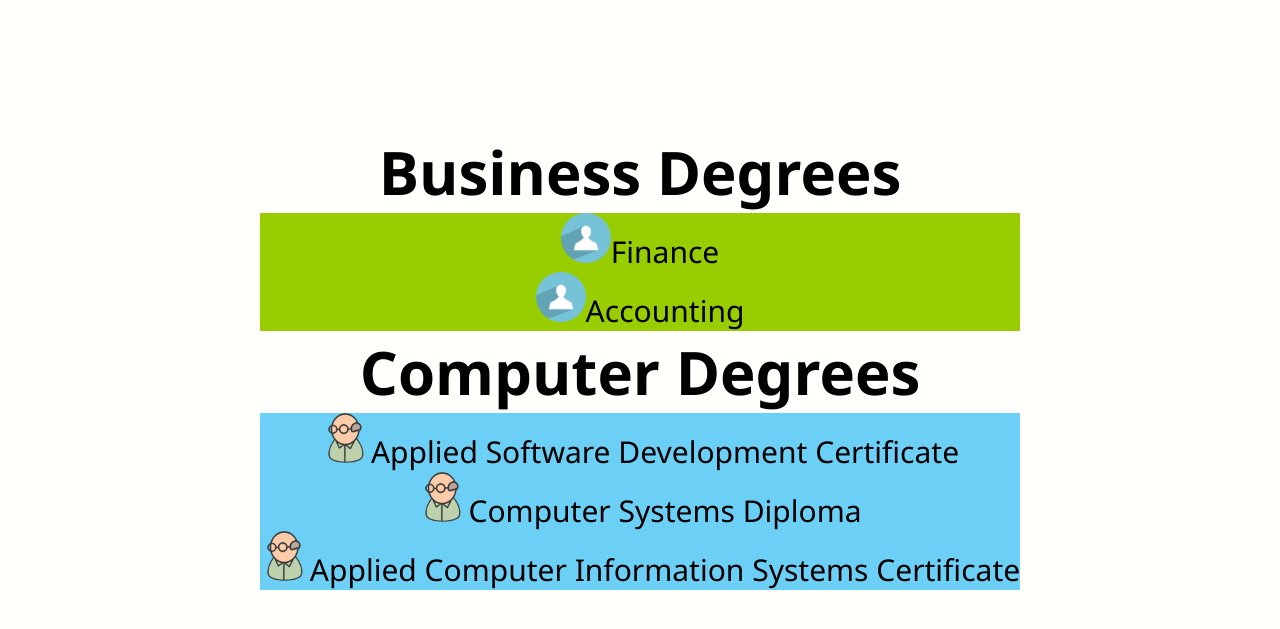
Repository: NeemaToto/mdia2109week3
Page: /
These files come from the project's save history. The page is drawn as it stood at one moment and after the next save; the edit follows.
The browser window is 1280 px wide. The pictures show the whole page.
The project was rebuilt for these pictures with package versions that can differ from the ones it lists, and the page was loaded fresh each time. The framework's server and built-in components were replaced by stand-ins that run in the browser. Also part of the build but not shown: next.config.js.

Above is the page before, as saved 2023-01-19 12:54:39.

### pages/index.js
import Head from 'next/head'
import Image from 'next/image'
import { Inter } from '@next/font/google'
import styles from '@/styles/Home.module.css'
import data from '../data/education.json'
import { useState } from 'react'
import Card from '../components/card'
import Link from 'next/link'

const inter = Inter({ subsets: ['latin'] })

export default function Home() {
  console.log(data);
  const [information, setInformation] = useState([...data]);

  return (
    <>
      <Head>
        <title>Departments of School</title>
        <meta name="description" content="Generated by create next app" />
        <meta name="viewport" content="width=device-width, initial-scale=1" />
        <link rel="icon" href="/degree-icon.png"/>
      </Head>
      <main className={styles.main}>
        <div className={styles.degrees}>
          <h1 className={styles.h1business}>Business Degrees</h1>
          {
            information && information.map((info, index) => {
              if (info.department === "Business") {
                return (
                  <Card key={index} degree={info.degree} colour="#98CE00" font="30px" />
                )
              }
            })
          }
          <h1>Computer Degrees</h1>
          {
            information && information.map((info, index) => {
              if (info.department === "Computing") {
                return (
                  <Card key={index} degree={info.degree} colour="#6CCFF6" font="30px" />
                )
              }
            })
          }
        </div>
      </main>
    </>
  )
}

### styles/globals.css
:root {
  --max-width: 1100px;
  --border-radius: 12px;
  --font-mono: ui-monospace, Menlo, Monaco, 'Cascadia Mono', 'Segoe UI Mono',
    'Roboto Mono', 'Oxygen Mono', 'Ubuntu Monospace', 'Source Code Pro',
    'Fira Mono', 'Droid Sans Mono', 'Courier New', monospace;

  --foreground-rgb: 0, 0, 0;
  --background-start-rgb: 214, 219, 220;
  --background-end-rgb: 255, 255, 255;

  --primary-glow: conic-gradient(
    from 180deg at 50% 50%,
    #16abff33 0deg,
    #0885ff33 55deg,
    #54d6ff33 120deg,
    #0071ff33 160deg,
    transparent 360deg
  );
  --secondary-glow: radial-gradient(
    rgba(255, 255, 255, 1),
    rgba(255, 255, 255, 0)
  );

  --tile-start-rgb: 239, 245, 249;
  --tile-end-rgb: 228, 232, 233;
  --tile-border: conic-gradient(
    #00000080,
    #00000040,
    #00000030,
    #00000020,
    #00000010,
    #00000010,
    #00000080
  );

  --callout-rgb: 238, 240, 241;
  --callout-border-rgb: 172, 175, 176;
  --card-rgb: 180, 185, 188;
  --card-border-rgb: 131, 134, 135;
}

@media (prefers-color-scheme: dark) {
  :root {
    --foreground-rgb: 255, 255, 255;
    --background-start-rgb: 0, 0, 0;
    --background-end-rgb: 0, 0, 0;

    --primary-glow: radial-gradient(rgba(1, 65, 255, 0.4), rgba(1, 65, 255, 0));
    --secondary-glow: linear-gradient(
      to bottom right,
      rgba(1, 65, 255, 0),
      rgba(1, 65, 255, 0),
      rgba(1, 65, 255, 0.3)
    );

    --tile-start-rgb: 2, 13, 46;
    --tile-end-rgb: 2, 5, 19;
    --tile-border: conic-gradient(
      #ffffff80,
      #ffffff40,
      #ffffff30,
      #ffffff20,
      #ffffff10,
      #ffffff10,
      #ffffff80
    );

    --callout-rgb: 20, 20, 20;
    --callout-border-rgb: 108, 108, 108;
    --card-rgb: 100, 100, 100;
    --card-border-rgb: 200, 200, 200;
  }
}

* {
  box-sizing: border-box;
  padding: 0;
  margin: 0;
}

html,
body {
  max-width: 100vw;
  overflow-x: hidden;
}

body {
  color: rgb(var(--foreground-rgb));
  background: linear-gradient(
      to bottom,
      transparent,
      rgb(var(--background-end-rgb))
    )
    rgb(var(--background-start-rgb));
}

a {
  color: inherit;
  text-decoration: none;
}

@media (prefers-color-scheme: dark) {
  html {
    color-scheme: dark;
  }
}

### styles/Home.module.css
.main {
  display: flex;
  flex-direction: row;
  justify-content: center;
  align-items: center;
  padding: 6rem;
  min-height: 100vh;
  background-color: #FFFFFC;
}

.description {
  display: inherit;
  justify-content: inherit;
  align-items: inherit;
  font-size: 0.85rem;
  max-width: var(--max-width);
  width: 100%;
  z-index: 2;
  font-family: var(--font-mono);
}

.description a {
  display: flex;
  justify-content: center;
  align-items: center;
  gap: 0.5rem;
}

.description p {
  position: relative;
  margin: 0;
  padding: 1rem;
  background-color: rgba(var(--callout-rgb), 0.5);
  border: 1px solid rgba(var(--callout-border-rgb), 0.3);
  border-radius: var(--border-radius);
}

.code {
  font-weight: 700;
  font-family: var(--font-mono);
}

.grid {
  display: grid;
  grid-template-columns: repeat(4, minmax(25%, auto));
  width: var(--max-width);
  max-width: 100%;
}

.card {
  padding: 1rem 1.2rem;
  border-radius: var(--border-radius);
  background: rgba(var(--card-rgb), 0);
  border: 1px solid rgba(var(--card-border-rgb), 0);
  transition: background 200ms, border 200ms;
}

.card span {
  display: inline-block;
  transition: transform 200ms;
}

.card h2 {
  font-weight: 600;
  margin-bottom: 0.7rem;
}

.card p {
  margin: 0;
  opacity: 0.6;
  font-size: 0.9rem;
  line-height: 1.5;
  max-width: 30ch;
}

.center {
  display: flex;
  justify-content: center;
  align-items: center;
  position: relative;
  padding: 4rem 0;
}

.center::before {
  background: var(--secondary-glow);
  border-radius: 50%;
  width: 480px;
  height: 360px;
  margin-left: -400px;
}

.center::after {
  background: var(--primary-glow);
  width: 240px;
  height: 180px;
  z-index: -1;
}

.center::before,
.center::after {
  content: '';
  left: 50%;
  position: absolute;
  filter: blur(45px);
  transform: translateZ(0);
}

.logo,
.thirteen {
  position: relative;
}

.thirteen {
  display: flex;
  justify-content: center;
  align-items: center;
  width: 75px;
  height: 75px;
  padding: 25px 10px;
  margin-left: 16px;
  transform: translateZ(0);
  border-radius: var(--border-radius);
  overflow: hidden;
  box-shadow: 0px 2px 8px -1px #0000001a;
}

.thirteen::before,
.thirteen::after {
  content: '';
  position: absolute;
  z-index: -1;
}

/* Conic Gradient Animation */
.thirteen::before {
  animation: 6s rotate linear infinite;
  width: 200%;
  height: 200%;
  background: var(--tile-border);
}

/* Inner Square */
.thirteen::after {
  inset: 0;
  padding: 1px;
  border-radius: var(--border-radius);
  background: linear-gradient(
    to bottom right,
    rgba(var(--tile-start-rgb), 1),
    rgba(var(--tile-end-rgb), 1)
  );
  background-clip: content-box;
}

/* Enable hover only on non-touch devices */
@media (hover: hover) and (pointer: fine) {
  .card:hover {
    background: rgba(var(--card-rgb), 0.1);
    border: 1px solid rgba(var(--card-border-rgb), 0.15);
  }

  .card:hover span {
    transform: translateX(4px);
  }
}

@media (prefers-reduced-motion) {
  .thirteen::before {
    animation: none;
  }

  .card:hover span {
    transform: none;
  }
}

/* Mobile */
@media (max-width: 700px) {
  .content {
    padding: 4rem;
  }

  .grid {
    grid-template-columns: 1fr;
    margin-bottom: 120px;
    max-width: 320px;
    text-align: center;
  }

  .card {
    padding: 1rem 2.5rem;
  }

  .card h2 {
    margin-bottom: 0.5rem;
  }

  .center {
    padding: 8rem 0 6rem;
  }

  .center::before {
    transform: none;
    height: 300px;
  }

  .description {
    font-size: 0.8rem;
  }

  .description a {
    padding: 1rem;
  }

  .description p,
  .description div {
    display: flex;
    justify-content: center;
    position: fixed;
    width: 100%;
  }

  .description p {
    align-items: center;
    inset: 0 0 auto;
    padding: 2rem 1rem 1.4rem;
    border-radius: 0;
    border: none;
    border-bottom: 1px solid rgba(var(--callout-border-rgb), 0.25);
    background: linear-gradient(
      to bottom,
      rgba(var(--background-start-rgb), 1),
      rgba(var(--callout-rgb), 0.5)
    );
    background-clip: padding-box;
    backdrop-filter: blur(24px);
  }

  .description div {
    align-items: flex-end;
    pointer-events: none;
    inset: auto 0 0;
    padding: 2rem;
    height: 200px;
    background: linear-gradient(
      to bottom,
      transparent 0%,
      rgb(var(--background-end-rgb)) 40%
    );
    z-index: 1;
  }
}

/* Tablet and Smaller Desktop */
@media (min-width: 701px) and (max-width: 1120px) {
  .grid {
    grid-template-columns: repeat(2, 50%);
  }
}

@media (prefers-color-scheme: dark) {
  .vercelLogo {
    filter: invert(1);
  }

  .logo,
  .thirteen img {
    filter: invert(1) drop-shadow(0 0 0.3rem #ffffff70);
  }
}

@keyframes rotate {
  from {
    transform: rotate(360deg);
  }
  to {
    transform: rotate(0deg);
  }
}

.degrees{
  font-size: 30px;
  text-align: center;
  font-family: 'Segoe UI', Tahoma, Geneva, Verdana, sans-serif;
}

.h1-business{
  background-color: #F6AE2D;
}

### data/education.json
[
        {
            "studentNumber": "A0004567",
            "firstName": "Person 1",
            "gpa": 3.8,
            "department": "Business",
            "degree": "Finance",
            "graduted": 2014
        },
        {
            "studentNumber": "A0001234",
            "firstName": "Person 2",
            "gpa": 3.5,
            "department": "Business",
            "degree": "Accounting",
            "graduted": 2010
        },
        {
            "studentNumber": "A0007890",
            "firstName": "Person 3",
            "gpa": 3.2,
            "department": "Computing",
            "degree": "Applied Software Development Certificate",
            "graduted": 2018
        },
        {
            "studentNumber": "A0007828",
            "firstName": "Person 4",
            "gpa": 3.9,
            "department": "Computing",
            "degree": "Computer Systems Diploma",
            "graduted": 2021
        },
        {
            "studentNumber": "A0003425",
            "firstName": "Person 5",
            "gpa": 3.2,
            "department": "Computing",
            "degree": "Applied Computer Information Systems Certificate",
            "graduted": 2021
        }
]

### components/card/index.js
export default function Card({
    degree = "none",
    colour = "purple",
    font = 0,
    image = 'icon/personTwo.png'
}){
    return(
        <div style={{backgroundColor: colour, fontSize: font}}>
            {
                colour === "#98CE00" ? <img src={'icon/person.png'} width="50"/> :
                colour === "#6CCFF6" ? <img src={'icon/personThree.png'} width="50"/> :
                                    <img src={image} width="50"/>
            }
            {degree}
        </div>
    )
}

Loaded but not shown: pages/_app.js (common file); pages/_document.js (common file)

After the next save:
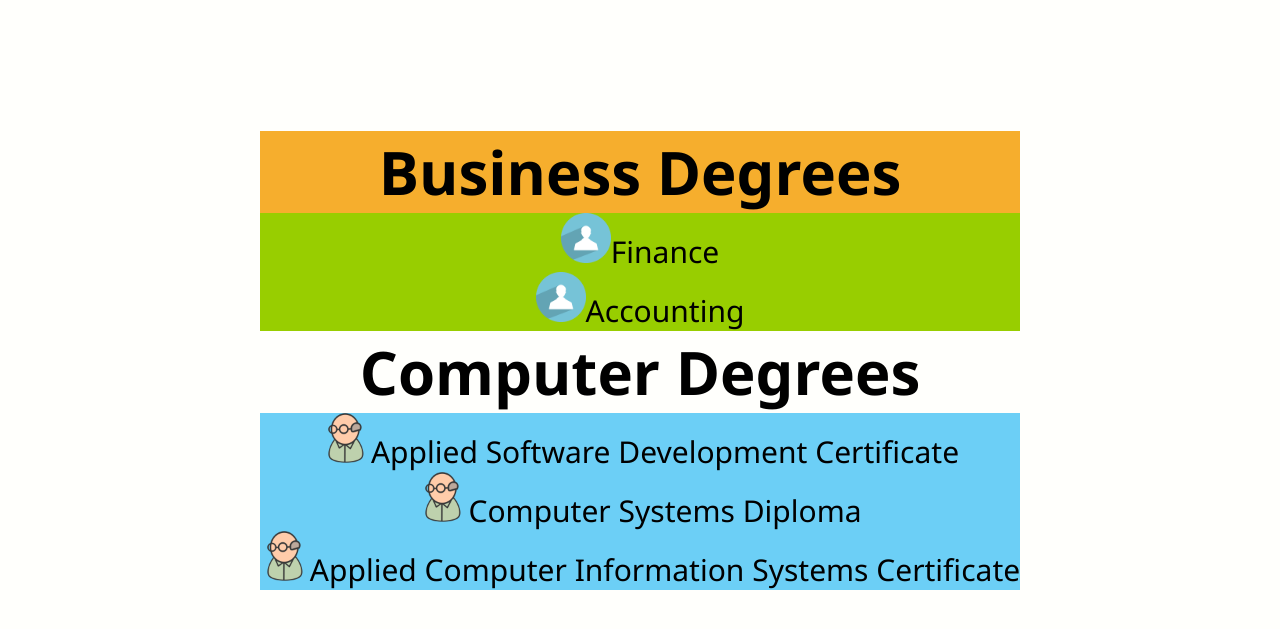
Saved 3 s later.
--- a/styles/Home.module.css
+++ b/styles/Home.module.css
@@ -284,6 +284,6 @@
   font-family: 'Segoe UI', Tahoma, Geneva, Verdana, sans-serif;
 }
 
-.h1-business{
+.h1business{
   background-color: #F6AE2D;
 }
